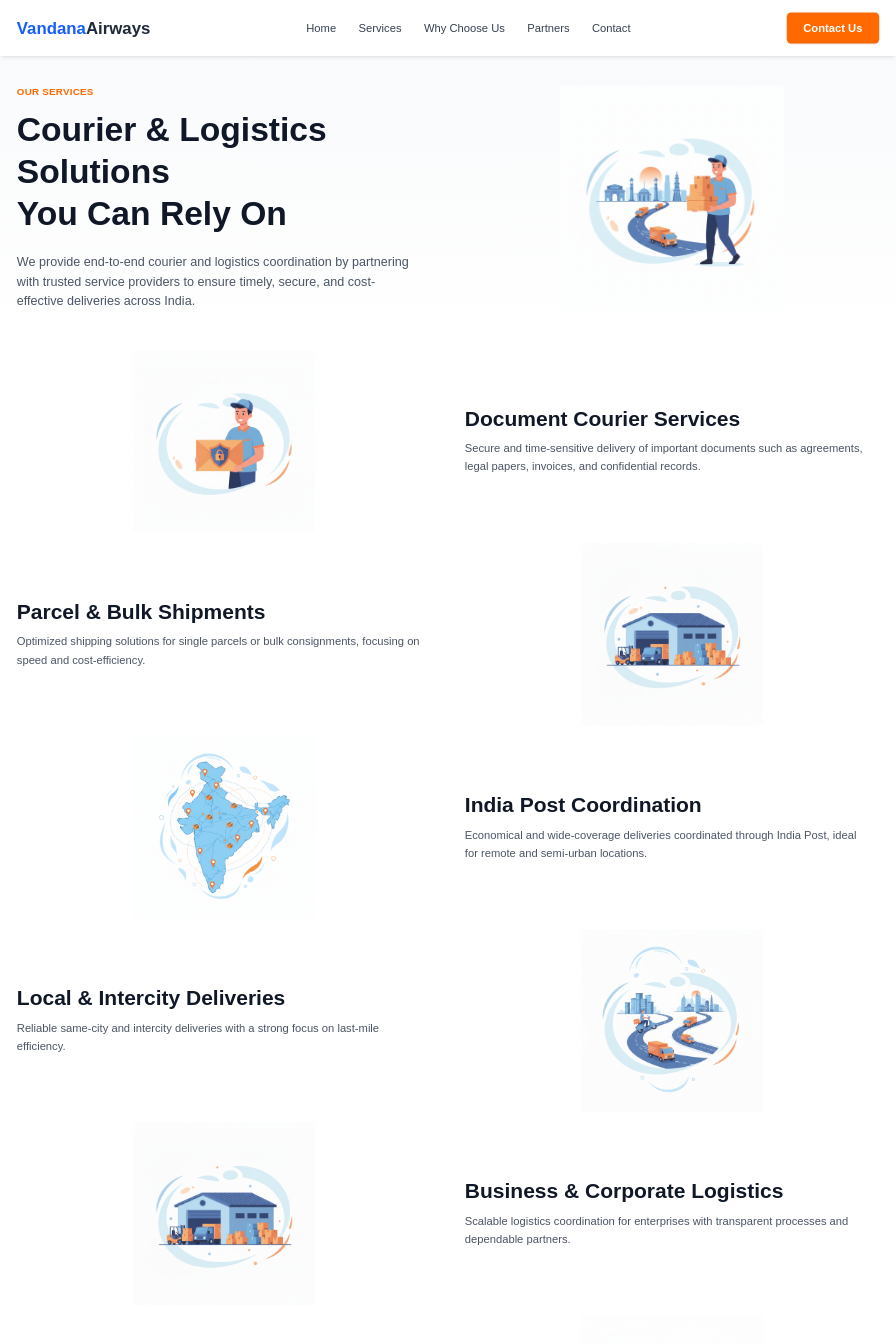
Repository: Rohit-foryou/Courier-Portfolio
Page: /services
These files come from the project's save history. The page is drawn as it stood at one moment and after the next save; the edit follows.
The browser window is 1280 px wide. The pictures show the part of the page from y = 0 to 1920 px (the page is 3700 px tall before and 3852 px after), at 70% of full size.
The project was rebuilt for these pictures with package versions that can differ from the ones it lists, and the page was loaded fresh each time. The framework's server and built-in components were replaced by stand-ins that run in the browser. Also part of the build but not shown: next.config.ts.

Above is the page before, as saved 2026-02-10 01:12:00.

### app/layout.tsx
import "./globals.css";
import Navbar from "../components/Navbar";
import Footer from "../components/Fotter";

export const metadata = {
  title: "Courier Portfolio",
  description: "Courier & logistics service portfolio website",
};

export default function RootLayout({
  children,
}: {
  children: React.ReactNode;
}) {
  return (
    <html lang="en">
      <body>
        <Navbar />
        <main className="min-h-screen">{children}</main>
        <Footer />
      </body>
    </html>
  );
}

### app/services/page.tsx
import Image from "next/image";
import Link from "next/link";

export default function ServicesPage() {
  const services = [
    {
      title: "Document Courier Services",
      desc: "Secure and time-sensitive delivery of important documents such as agreements, legal papers, invoices, and confidential records.",
      img: "/images/Document.png",
    },
    {
      title: "Parcel & Bulk Shipments",
      desc: "Optimized shipping solutions for single parcels or bulk consignments, focusing on speed and cost-efficiency.",
      img: "/images/parcel.png",
    },
    {
      title: "India Post Coordination",
      desc: "Economical and wide-coverage deliveries coordinated through India Post, ideal for remote and semi-urban locations.",
      img: "/images/India Post.png",
    },
    {
      title: "Local & Intercity Deliveries",
      desc: "Reliable same-city and intercity deliveries with a strong focus on last-mile efficiency.",
      img: "/images/Intercity.png",
    },
    {
      title: "Business & Corporate Logistics",
      desc: "Scalable logistics coordination for enterprises with transparent processes and dependable partners.",
      img: "/images/Parcel.png",
    },
    {
      title: "Multi-Courier Optimization",
      desc: "Intelligent courier selection based on destination, urgency, and cost for optimal delivery performance.",
      img: "/images/multi.png",
    },
  ];

  return (
    <>
      {/* HERO */}
      <section className="bg-gradient-to-b from-gray-50 to-white py-10">
        <div className="max-w-7xl mx-auto px-6 grid grid-cols-1 md:grid-cols-2 gap-12 items-center">
          <div>
            <p className="text-sm font-semibold text-orange-500 uppercase tracking-wide">
              Our Services
            </p>

            <h1 className="mt-4 text-4xl md:text-5xl font-bold text-gray-900 leading-tight">
              Courier & Logistics Solutions
              <br /> You Can Rely On
            </h1>

            <p className="mt-6 text-lg text-gray-600 max-w-xl">
              We provide end-to-end courier and logistics coordination by partnering
              with trusted service providers to ensure timely, secure, and
              cost-effective deliveries across India.
            </p>
          </div>

          <div className="flex justify-center">
            <Image
              src="/images/services.png"
              alt="Courier services"
              width={320}
              height={220}
              className="object-contain"
              priority
            />
          </div>
        </div>
      </section>

      {/* CORE SERVICES */}
      <section className="bg-white py-4">
        <div className="max-w-7xl mx-auto px-6 space-y-4">
          {services.map((s, i) => {
            const imageLeft = i % 2 === 0;

            return (
              <div
                key={i}
                className="grid grid-cols-1 md:grid-cols-2 gap-12 items-center"
              >
                {/* IMAGE */}
                <div
                  className={`flex justify-center ${
                    imageLeft ? "md:order-1" : "md:order-2"
                  }`}
                >
                  <Image
                    src={s.img}
                    alt={s.title}
                    width={260}
                    height={190}
                    className="
                      object-contain
                      transition-all
                      duration-300
                      hover:scale-[1.04]
                      hover:-translate-y-1
                    "
                  />
                </div>

                {/* TEXT */}
                <div
                  className={`transition-transform duration-300 hover:translate-x-1 ${
                    imageLeft ? "md:order-2" : "md:order-1"
                  }`}
                >
                  <h2 className="text-3xl font-bold text-gray-900">
                    {s.title}
                  </h2>
                  <p className="mt-3 text-gray-600 max-w-xl leading-relaxed">
                    {s.desc}
                  </p>
                </div>
              </div>
            );
          })}
        </div>
      </section>

      {/* WHAT WE OFFER */}
      <section className="bg-gray-50 py-16">
        <div className="max-w-7xl mx-auto px-6 text-center">
          <p className="text-sm font-semibold text-orange-500 uppercase tracking-wide">
            Service Attributes
          </p>
          <h2 className="mt-4 text-4xl font-bold text-gray-900">
            What We Offer
          </h2>

          <div className="mt-12 grid grid-cols-1 sm:grid-cols-2 lg:grid-cols-4 gap-8">
            {[
              { title: "Fast Delivery", icon: "🚚", desc: "Urgent timelines met efficiently." },
              { title: "PAN India Coverage", icon: "📍", desc: "Remote to metro reach." },
              { title: "Smart Selection", icon: "📦", desc: "Best courier per shipment." },
              { title: "Secure Handling", icon: "🔒", desc: "Trusted partner network." },
            ].map((item, i) => (
              <div
                key={i}
                className="
                  bg-white p-8 rounded-xl shadow-sm
                  hover:shadow-lg hover:-translate-y-1
                  transition-all duration-300
                "
              >
                <div className="text-4xl mb-4">{item.icon}</div>
                <h3 className="font-semibold text-gray-900">{item.title}</h3>
                <p className="mt-2 text-gray-600 text-sm">{item.desc}</p>
              </div>
            ))}
          </div>
        </div>
      </section>

      {/* WHY CHOOSE US */}
      <section className="bg-white py-16">
        <div className="max-w-7xl mx-auto px-6 text-center">
          <h2 className="text-4xl font-bold text-gray-900">
            Why Choose Our Services?
          </h2>
          <p className="mt-4 text-gray-600 max-w-2xl mx-auto">
            Trusted by individuals and businesses for reliable courier coordination across India.
          </p>

          <div className="mt-12 grid grid-cols-1 md:grid-cols-3 gap-10">
            {[
              { title: "Cost-Effective", desc: "Competitive pricing through intelligent courier planning.", icon: "💰" },
              { title: "Reliable Coordination", desc: "Clear communication and dependable logistics execution.", icon: "🤝" },
              { title: "Trusted Network", desc: "Established courier partners across India.", icon: "🌐" },
            ].map((item, i) => (
              <div
                key={i}
                className="
                  bg-gray-50 p-8 rounded-xl border
                  hover:shadow-md hover:-translate-y-1
                  transition-all duration-300
                "
              >
                <div className="text-4xl mb-4">{item.icon}</div>
                <h3 className="font-semibold text-lg text-gray-900">
                  {item.title}
                </h3>
                <p className="mt-2 text-gray-600 text-sm">{item.desc}</p>
              </div>
            ))}
          </div>
        </div>
      </section>

      {/* CTA */}
      <section className="bg-blue-50 py-20 text-center">
        <h2 className="text-3xl font-bold text-gray-900">
          Need a Reliable Courier Partner Today?
        </h2>
        <p className="mt-4 text-gray-600">
          Get quick assistance for documents, parcels, and business logistics.
        </p>
        <Link
          href="/contact"
          className="
            inline-block mt-6 bg-orange-500 text-white
            px-8 py-3 rounded-md font-semibold
            hover:bg-orange-600 hover:scale-[1.03]
            transition-all
          "
        >
          Get in Touch
        </Link>
      </section>
    </>
  );
}

### components/Navbar.tsx
import Link from "next/link";

export default function Navbar() {
  return (
    <nav className="w-full bg-white sticky top-0 z-50 shadow-md">
      <div className="max-w-7xl mx-auto px-6">
        <div className="flex items-center justify-between h-20">

          {/* Logo */}
          <Link href="/" className="flex items-center">
            <span className="text-2xl font-bold text-blue-600">
              Vandana<span className="text-gray-800">Airways</span>
            </span>
          </Link>

          {/* Navigation Links */}
          <div className="hidden md:flex items-center space-x-8 text-gray-700 font-medium">
            {["Home", "Services", "Why Choose Us", "Partners", "Contact"].map(
              (item) => (
                <Link
                  key={item}
                  href={item === "Home" ? "/" : `/${item.toLowerCase().replace(/\s/g, "-")}`}
                  className="relative hover:text-blue-600 transition after:absolute after:left-0 after:-bottom-1 after:w-0 after:h-[2px] after:bg-orange-500 hover:after:w-full after:transition-all"
                >
                  {item}
                </Link>
              )
            )}
          </div>

          {/* CTA Button */}
          <Link
            href="/contact"
            className="bg-orange-500 text-white px-6 py-2.5 rounded-md font-semibold hover:bg-orange-600 transition shadow-sm"
          >
Contact Us          </Link>
        </div>
      </div>
    </nav>
  );
}

### components/Fotter.tsx
import Link from "next/link";

export default function Footer() {
  return (
    <footer className="bg-gray-50 border-t border-gray-200">
      <div className="max-w-7xl mx-auto px-6 py-12">
        <div className="grid grid-cols-1 md:grid-cols-3 gap-8">
          {/* Brand / About */}
          <div>
            <h3 className="text-xl font-bold text-blue-600">
  Vandana<span className="text-gray-900">Airways</span>
</h3>

            <p className="mt-4 text-gray-600 text-sm">
              We act as a trusted middleman connecting customers with reliable
              courier partners, including India Post, to deliver fast and
              cost-effective logistics solutions.
            </p>
          </div>

          {/* Quick Links */}
          <div>
            <h4 className="text-lg font-semibold text-gray-900 mb-4">
Quick Links</h4>
            <ul className="mt-4 space-y-2 text-sm">
              <li>
                <Link
                  href="/"
                  className="text-gray-600 hover:text-blue-600 transition"
                >
                  Home
                </Link>
              </li>
              <li>
                <Link
                  href="/services"
                  className="text-gray-600 hover:text-blue-600 transition"
                >
                  Services
                </Link>
              </li>
              <li>
                <Link
                  href="/why-choose-us"
                  className="text-gray-600 hover:text-blue-600 transition"
                >
                  Why Choose Us
                </Link>
              </li>
              <li>
                <Link
                  href="/partners"
                  className="text-gray-600 hover:text-blue-600 transition"
                >
                  Partners
                </Link>
              </li>
              <li>
                <Link
                  href="/contact"
                  className="text-gray-600 hover:text-blue-600 transition"
                >
                  Contact
                </Link>
              </li>
            </ul>
          </div>

          {/* Contact Info */}
          <div>
            <h4 className="text-lg font-semibold text-gray-900">Contact</h4>
            <ul className="mt-4 space-y-2 text-gray-600 text-sm">
              <li>📞 +91-8383866968 | 8076668043</li>
              <li>✉️ akhileshpr125@gmail.com</li>
              <li>
                📍 A - 44 A Mansa Ram Park, Uttam Nagar, New Delhi - 110059, India
              </li>
            </ul>
          </div>
        </div>

        {/* Bottom Bar */}
        <div className="mt-10 border-t border-gray-200 pt-6 text-center text-sm text-gray-500">
          © {new Date().getFullYear()} Vandana Airways. All rights reserved.
        </div>
      </div>
    </footer>
  );
}

Loaded but not shown: app/globals.css (common file)

After the next save:
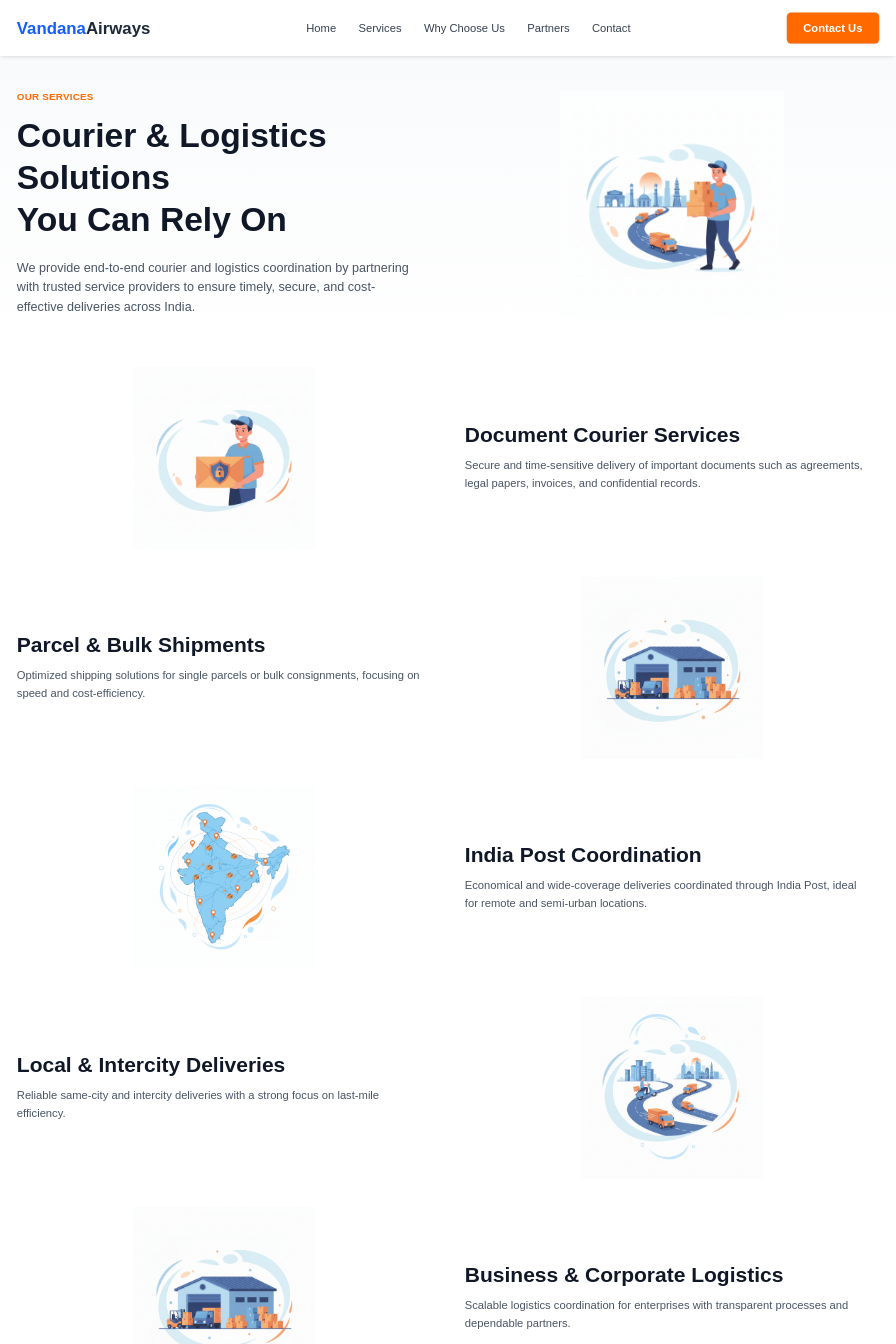
Saved 5 min 12 s later.
--- a/app/services/page.tsx
+++ b/app/services/page.tsx
@@ -38,7 +38,7 @@
   return (
     <>
       {/* HERO */}
-      <section className="bg-gradient-to-b from-gray-50 to-white py-10">
+      <section className="bg-gradient-to-b from-gray-50 to-white py-12">
         <div className="max-w-7xl mx-auto px-6 grid grid-cols-1 md:grid-cols-2 gap-12 items-center">
           <div>
             <p className="text-sm font-semibold text-orange-500 uppercase tracking-wide">
@@ -71,10 +71,10 @@
       </section>
 
       {/* CORE SERVICES */}
-      <section className="bg-white py-4">
-        <div className="max-w-7xl mx-auto px-6 space-y-4">
+      <section className="bg-white py-6">
+        <div className="max-w-7xl mx-auto px-6 space-y-10">
           {services.map((s, i) => {
-            const imageLeft = i % 2 === 0;
+            const imageLeft = i % 2 === 0; // first image LEFT
 
             return (
               <div
@@ -94,10 +94,8 @@
                     height={190}
                     className="
                       object-contain
-                      transition-all
-                      duration-300
-                      hover:scale-[1.04]
-                      hover:-translate-y-1
+                      transition-all duration-300 ease-out
+                      hover:scale-[1.04] hover:-translate-y-1
                     "
                   />
                 </div>
@@ -167,9 +165,21 @@
 
           <div className="mt-12 grid grid-cols-1 md:grid-cols-3 gap-10">
             {[
-              { title: "Cost-Effective", desc: "Competitive pricing through intelligent courier planning.", icon: "💰" },
-              { title: "Reliable Coordination", desc: "Clear communication and dependable logistics execution.", icon: "🤝" },
-              { title: "Trusted Network", desc: "Established courier partners across India.", icon: "🌐" },
+              {
+                title: "Cost-Effective",
+                desc: "Competitive pricing through intelligent courier planning.",
+                icon: "💰",
+              },
+              {
+                title: "Reliable Coordination",
+                desc: "Clear communication and dependable logistics execution.",
+                icon: "🤝",
+              },
+              {
+                title: "Trusted Network",
+                desc: "Established courier partners across India.",
+                icon: "🌐",
+              },
             ].map((item, i) => (
               <div
                 key={i}
@@ -183,7 +193,9 @@
                 <h3 className="font-semibold text-lg text-gray-900">
                   {item.title}
                 </h3>
-                <p className="mt-2 text-gray-600 text-sm">{item.desc}</p>
+                <p className="mt-2 text-gray-600 text-sm">
+                  {item.desc}
+                </p>
               </div>
             ))}
           </div>
